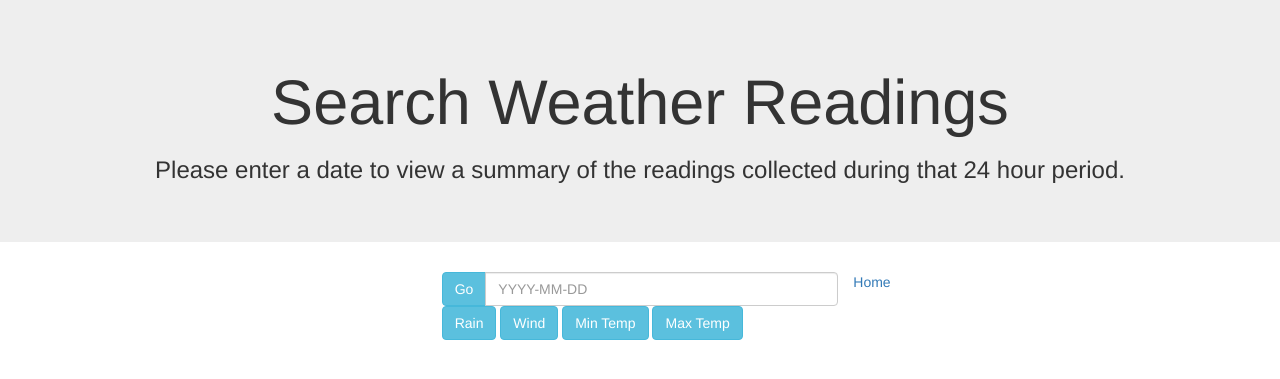
Repository: kralin27/ILC
Page: http://localhost/TESCWeather/WEB-INF/jsp/Search.jsp
An editor plug-in stored every save of this project. The page is shown before and after the next save, followed by the edit.
The browser window is 1280 px wide. The pictures show the whole page.
The page is served by Tomcat 9. Nobody is signed in. The template is opened directly, without the code that normally fills it, so the values that code supplies are empty.

Above is the page before, as saved 2016-12-13 01:30:51.

After the next save:
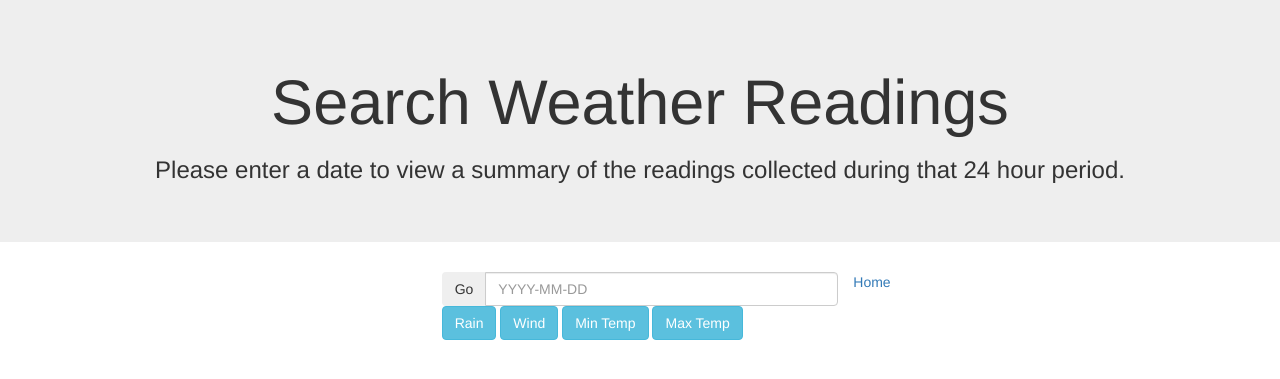
Saved 4 min 16 s later.
--- a/TESCWeather/src/main/webapp/WEB-INF/jsp/Search.jsp
+++ b/TESCWeather/src/main/webapp/WEB-INF/jsp/Search.jsp
@@ -46,9 +46,9 @@
 
           	<div class="input-group">
           		<span class="input-group-btn">
-          			<button class="btn btn-large btn-info" href="<spring:url value="/WeatherReadings/Date" />">Go</button>
+          			<button class="btn btn-large" type="button" href="<spring:url value="/WeatherReadings/Date" />">Go</button>
           		</span>
-          		<input type="text" name="date" class="form-control" placeholder="YYYY-MM-DD">
+          		<input type="text" class="form-control" placeholder="YYYY-MM-DD">
 
           	</div>
 <%--           	<a href="<spring:url value="/Search" />" class="btn btn-large btn-info"> --%>
